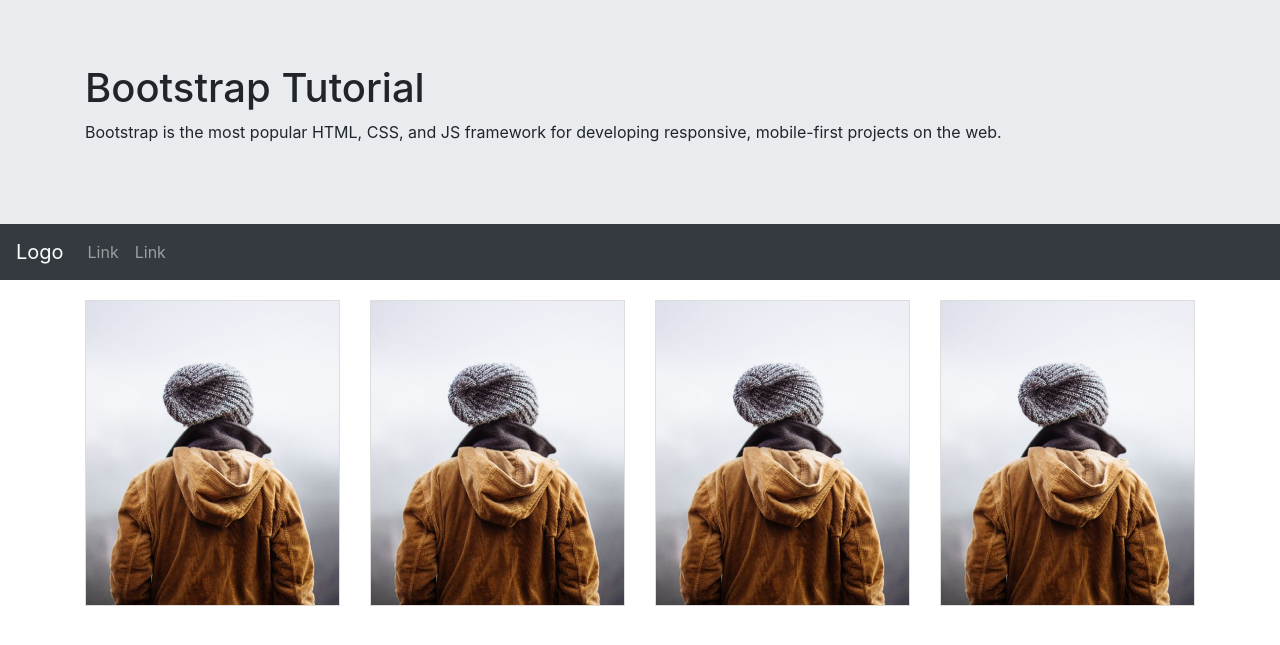
Repository: jwsimhj97/jwork_n
Page: JSPProject/WebContent/03-08/bootexam.html
An editor plug-in stored every save of this project. The page is shown before and after the next save, followed by the edit.
The browser window is 1280 px wide. The pictures show the whole page.

Above is the page before, as saved 2022-03-08 06:01:37.

After the next save:
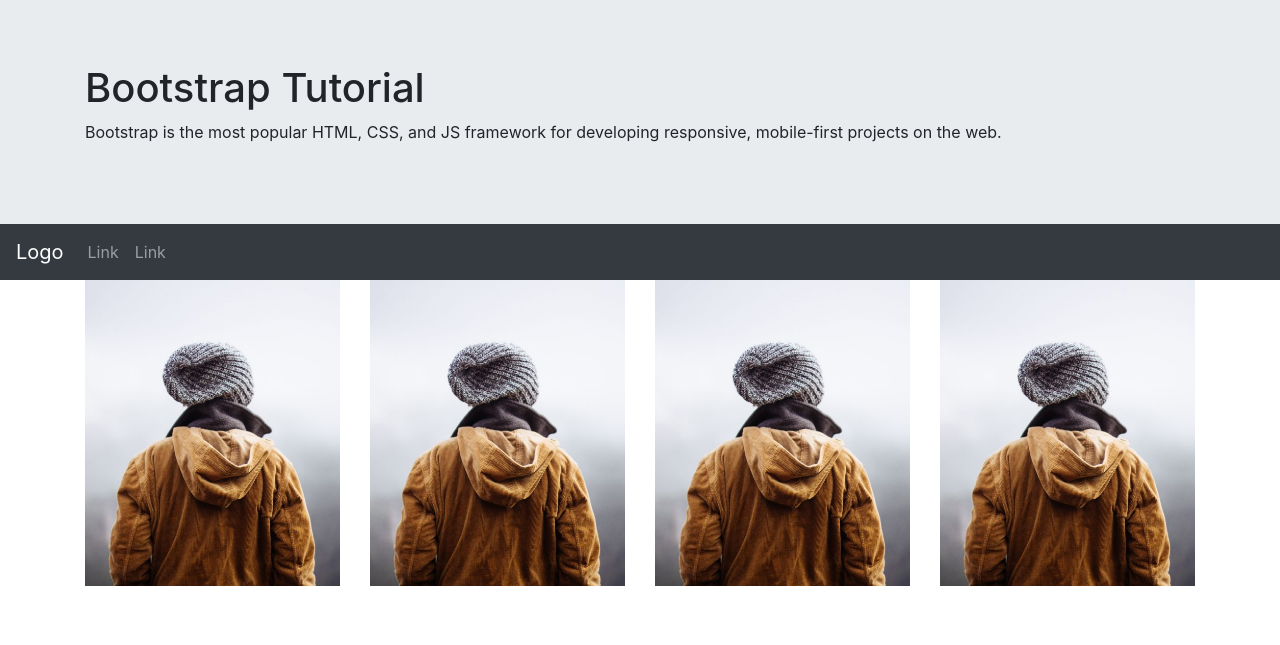
Saved 12 s later.
--- a/JSPProject/WebContent/03-08/bootexam.html
+++ b/JSPProject/WebContent/03-08/bootexam.html
@@ -10,7 +10,7 @@
   <script src="https://cdn.jsdelivr.net/npm/bootstrap@4.6.1/dist/js/bootstrap.bundle.min.js"></script>
   <style>
   	.jumbotron{margin-bottom:0px !important;}
-  	img{width:100%; margin-top:20px; border:1px solid #ddd;}
+  	img{width:100%; }
   </style>
 </head>
 <body>

After the save that followed:
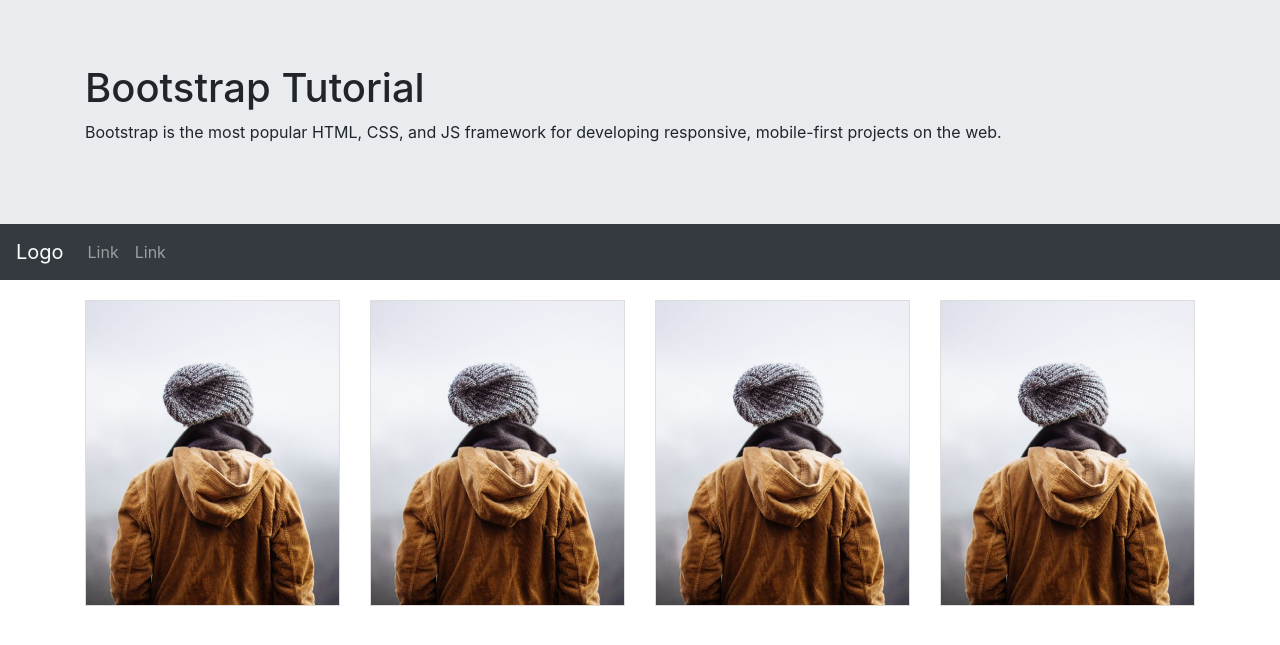
Saved 11 s later.
--- a/JSPProject/WebContent/03-08/bootexam.html
+++ b/JSPProject/WebContent/03-08/bootexam.html
@@ -10,7 +10,7 @@
   <script src="https://cdn.jsdelivr.net/npm/bootstrap@4.6.1/dist/js/bootstrap.bundle.min.js"></script>
   <style>
   	.jumbotron{margin-bottom:0px !important;}
-  	img{width:100%; }
+  	img{width:100%; margin-top:20px; border:1px solid #ddd;}
   </style>
 </head>
 <body>
